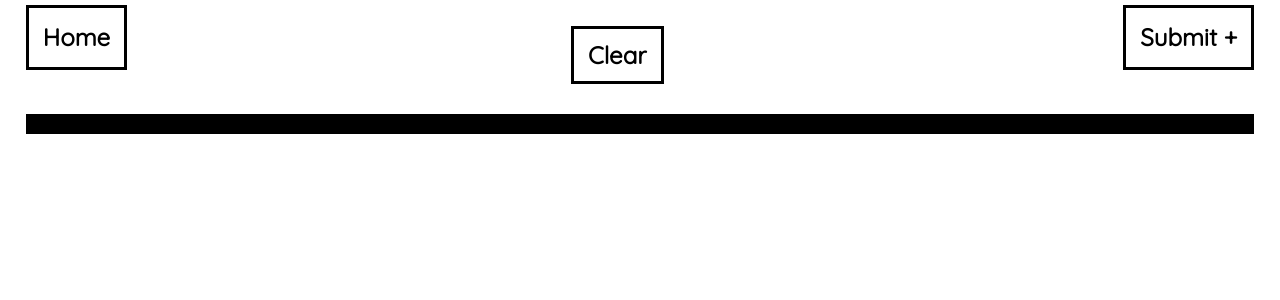
Repository: rickypcyt/WebMural
Page: /
An editor plug-in stored every save of this project. The page is shown before and after a run of saves, followed by the edit.
The browser window is 1280 px wide. The pictures show the whole page.
The project was rebuilt for these pictures with package versions that can differ from the ones it lists, and the page was loaded fresh each time.

Above is the page before, as saved 2022-09-12 13:13:23.

After the next 3 saves:
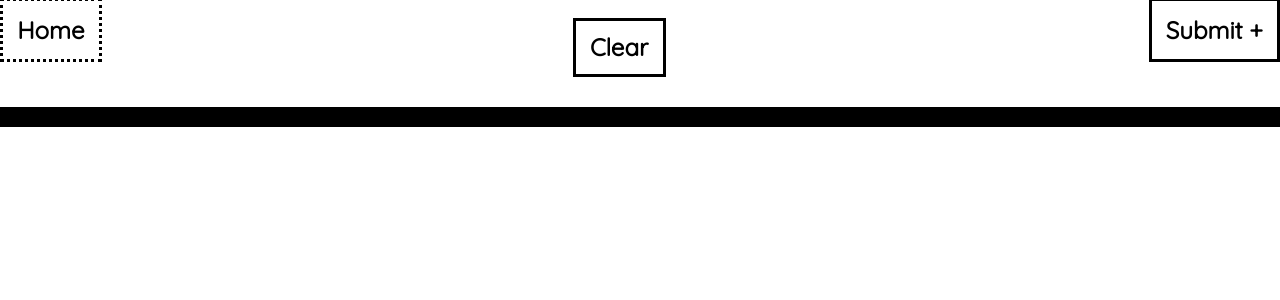
The 3 saves are shown as one change because they came seconds apart.
The last was saved 22 s later.
--- a/src/index.css
+++ b/src/index.css
@@ -26,7 +26,8 @@ body {
   line-height: 1;
   font-family: "Quicksand";
   font-size: large;
-  margin: 2%;
+  margin: 0%;
+  margin-top: 0%;
   padding: 0%;
 }
 main{
